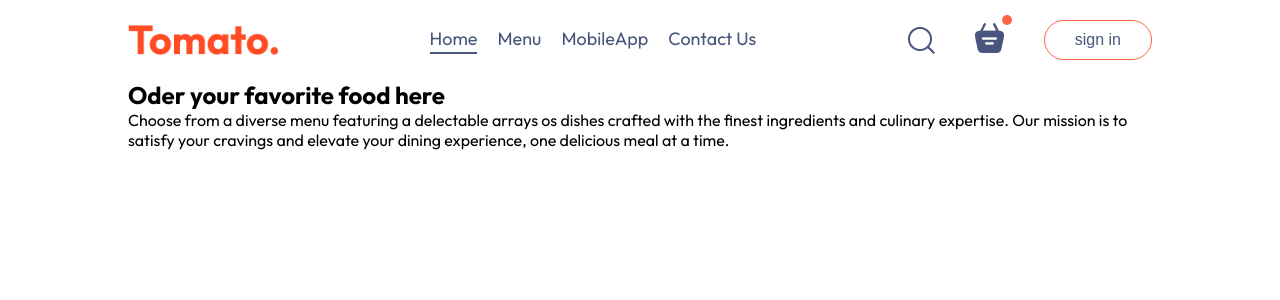
Repository: guilhermecardoso93/tomato-front-end
Page: /
These files come from the project's save history. The page is drawn as it stood at one moment and after the next save; the edit follows.
The browser window is 1280 px wide. The pictures show the whole page.
The project was rebuilt for these pictures with package versions that can differ from the ones it lists, and the page was loaded fresh each time. Also part of the build but not shown: vite.config.js, src/pages/Cart/styles.css, src/pages/Cart/index.jsx, src/pages/PlaceOrder/styles.css, src/pages/PlaceOrder/index.jsx.

Above is the page before, as saved 2024-10-29 20:20:27.

After the next save:
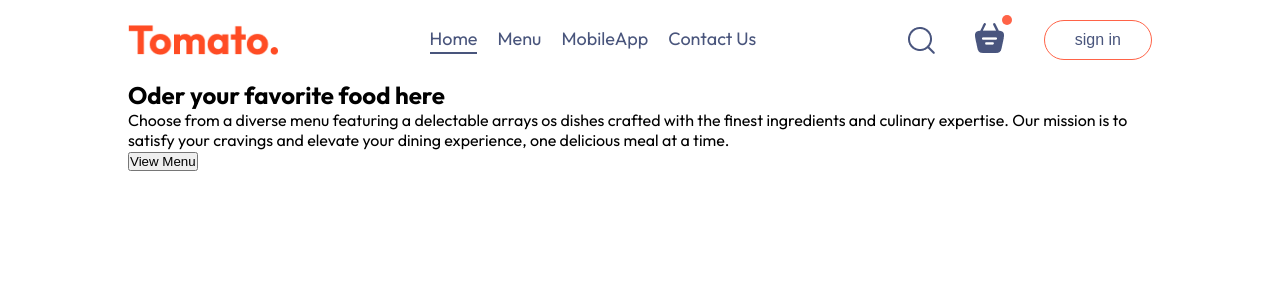
Saved 26 s later.
--- a/src/components/Header/index.jsx
+++ b/src/components/Header/index.jsx
@@ -2,13 +2,17 @@ import "./styles.css";
 
 export const Header = () => {
   return (
-    <div className='header'>
+    <div className="header">
       <div className="header-container">
         <h2>Oder your favorite food here</h2>
         <p>
-          Choose from a diverse menu featuring a delectable arrays os dishes crafted with the finest ingredients and culinary expertise. Our mission is to satisfy your cravings and elevate your dining experience, one delicious meal at a time.
+          Choose from a diverse menu featuring a delectable arrays os dishes
+          crafted with the finest ingredients and culinary expertise. Our
+          mission is to satisfy your cravings and elevate your dining
+          experience, one delicious meal at a time.
         </p>
+        <button> View Menu</button>
       </div>
     </div>
-  )
-}
+  );
+};
